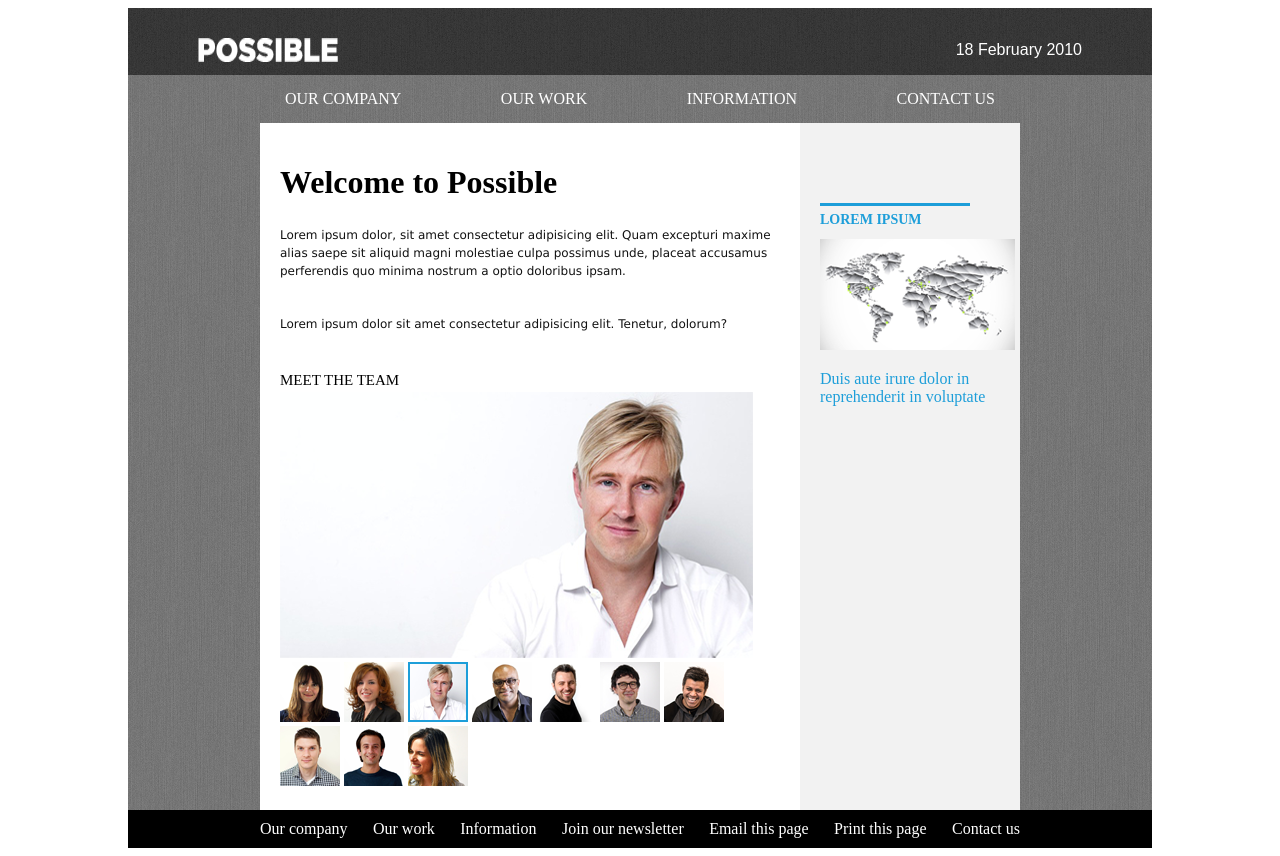
Repository: grzegorzgebala/possible-site
Page: index.html
The author's editor kept a copy of each file at every save. The page is drawn from the files as they stood at one save, then again after the next save.
The browser window is 1280 px wide. The pictures show the whole page.
The style sheet was rebuilt from its Sass, Less or Tailwind sources for each picture, by a compiler version that may differ from the author's.

Above is the page before, as saved 2020-02-15 23:19:27.

### index.html
<!DOCTYPE html>
<html>
	<head>
		<meta charset="utf-8">
		<link rel="stylesheet" type="text/css" href="css/style.css">
		<title>Possible page</title>
	</head>
	<body>
        <div class="container">
            <header>
                <img src="images/logo.png" alt="possible logo">
                <div class="date">18 February 2010</div>
            </header>
            <nav class="menu">
                <ul>
                    <li>our company</li>
                    <li>our work</li>
                    <li>information</li>
                    <li>contact us</li>
                </ul>
            </nav>
            <div class="mainSite">
                <div class="leftSide">
                    <h1>Welcome to Possible</h1>
                    <article>Lorem ipsum dolor, sit amet consectetur adipisicing elit. Quam excepturi maxime alias saepe sit aliquid magni molestiae culpa possimus unde, placeat accusamus perferendis quo minima nostrum a optio doloribus ipsam.</article>
                    <article>Lorem ipsum dolor sit amet consectetur adipisicing elit. Tenetur, dolorum?</article>
                    <div class="meetTitle">Meet the team</div>
                    <div class="carousel">
                        <img src="/images/employees/picture1.png" alt="possible logo">
                        <div class="carousele">
                            <img src="/images/employees/min1.png" alt="person1">
                            <img src="/images/employees/min2.png" alt="person2">
                            <img src="/images/employees/min3.png" alt="person3">
                            <img src="/images/employees/min4.png" alt="person4">
                            <img src="/images/employees/min5.png" alt="person5">
                            <img src="/images/employees/min6.png" alt="person6">
                            <img src="/images/employees/min7.png" alt="person7">
                            <img src="/images/employees/min8.png" alt="person8">
                            <img src="/images/employees/min9.png" alt="person9">
                            <img src="/images/employees/min10.png" alt="person10">
                        </div>
                    </div>
                </div>
                <div class="rightSide">
                    <div class="rightTitle">lorem ipsum</div>
                    <img src="/images/map.png" alt="map">
                    <p>Duis aute irure dolor  in reprehenderit in voluptate</p>
                </div>
            </div>
            <footer>
                <ul>
                    <li>our company</li>
                    <li>our work</li>
                    <li>information</li>
                    <li>join our newsletter</li>
                    <li>email this page</li>
                    <li>print this page</li>
                    <li>contact us</li>
                </ul>
            </footer>
        </div>
	</body>
</html>

### sass/style.scss
// variables
$menuElementsColor: #ffffff;
$contentElementsColor: #000000;
$footerBackgroundColor: #000000;
$menuHooverColor: #000000;
$activeMenuColor: #1d9ed9;
$sideMenuColor: #1d9ed9;
$fontMenu: "Proxima Nova";
$leftSideBackgroundColor: #ffffff;
$rightSideBackgroundColor: #f2f2f2;
$contentHeaderFont: "Proxima Nova";
$contentDescriptionFont: "Verdana";
$contentColor: #121212;

// page style
.container {
    max-width: 1024px;
    margin: 0 auto;
    background-image: url("/images/mainBackground.png");
}

// header style
header {
    background-image: url("/images/backgroundHeader.png");
    display: flex;
    justify-content: space-between;
    padding: 30px 70px 13px 70px;

    .date {
        color: $menuElementsColor;
        // font-size: 12px;
        line-height: 24px;
        font-family: "Arial";
        // font-weight: bold;
    }
}

// menu
.menu ul {
    max-width: 760px;
    margin: 5px auto;
    display: flex;
    justify-content: space-between;
    list-style-type: none;
    color: $menuElementsColor;
    text-transform: uppercase;
    padding: 0;

    :hover {
        background-color: $menuHooverColor;
        color: $activeMenuColor;
        cursor: pointer;
    }

    li {
        padding: 10px 25px;
    }
}

// main content
.mainSite {
    max-width: 760px;
    margin: 0 auto;
    display: flex;
    justify-content: center;
    flex-direction: row;

    .leftSide {
        width: 100%;
        background-color: $leftSideBackgroundColor;
        padding: 20px;

        h1 {
            font-family: $contentHeaderFont;
        }

        article {
            font-family: $contentDescriptionFont;
            font-size: 12px;
            line-height: 18px;
            color: $contentColor;
            margin-top: 25px;
            margin-bottom: 35px;
        }
        .meetTitle {
            font-size: 15px;
            line-height: 24px;
            text-transform: uppercase;
            color: $contentElementsColor;
            font-family: $contentHeaderFont;
        }

        .carousele {
            overflow: hidden;
        }
    }


    .rightSide {
        background-color: $rightSideBackgroundColor;
        width: 40%;
        padding-left: 20px;

        .rightTitle {
            text-transform: uppercase;
            color: $sideMenuColor;
            font-weight: bold;
            font-size: 14px;
            line-height: 18px;
            border-top: 3px solid $sideMenuColor;
            width: 150px;
            margin-top: 80px;
            margin-bottom: 10px;
            padding-top: 5px;
        }

        p {
            color: $sideMenuColor;
        }
    }

}

// footer
footer {
    background: $footerBackgroundColor;
}

footer ul {
    display: flex;
    justify-content: space-between;
    max-width: 760px;
    margin: 0 auto;
    list-style-type: none;
    color: $menuElementsColor;
    background: $footerBackgroundColor;
    padding: 10px;

    :hover {
        color: $activeMenuColor;
        cursor: pointer;
    }

    li::first-letter {
        text-transform: uppercase;
    }
}

After the next save:
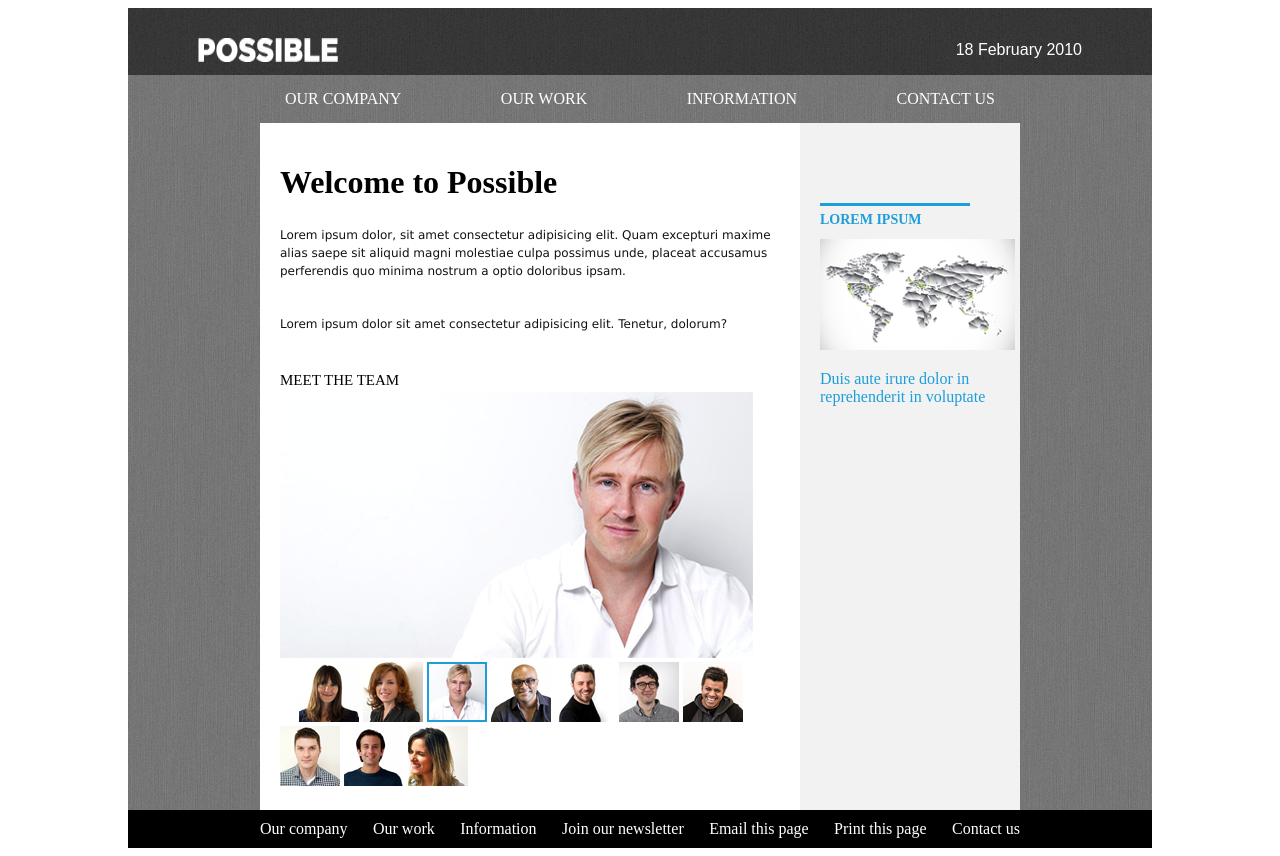
Saved 2 min 32 s later.
--- a/index.html
+++ b/index.html
@@ -28,6 +28,7 @@
                     <div class="carousel">
                         <img src="/images/employees/picture1.png" alt="possible logo">
                         <div class="carousele">
+                            <img src="/images/icons/leftArrow.png" alt="leftArrow">
                             <img src="/images/employees/min1.png" alt="person1">
                             <img src="/images/employees/min2.png" alt="person2">
                             <img src="/images/employees/min3.png" alt="person3">
